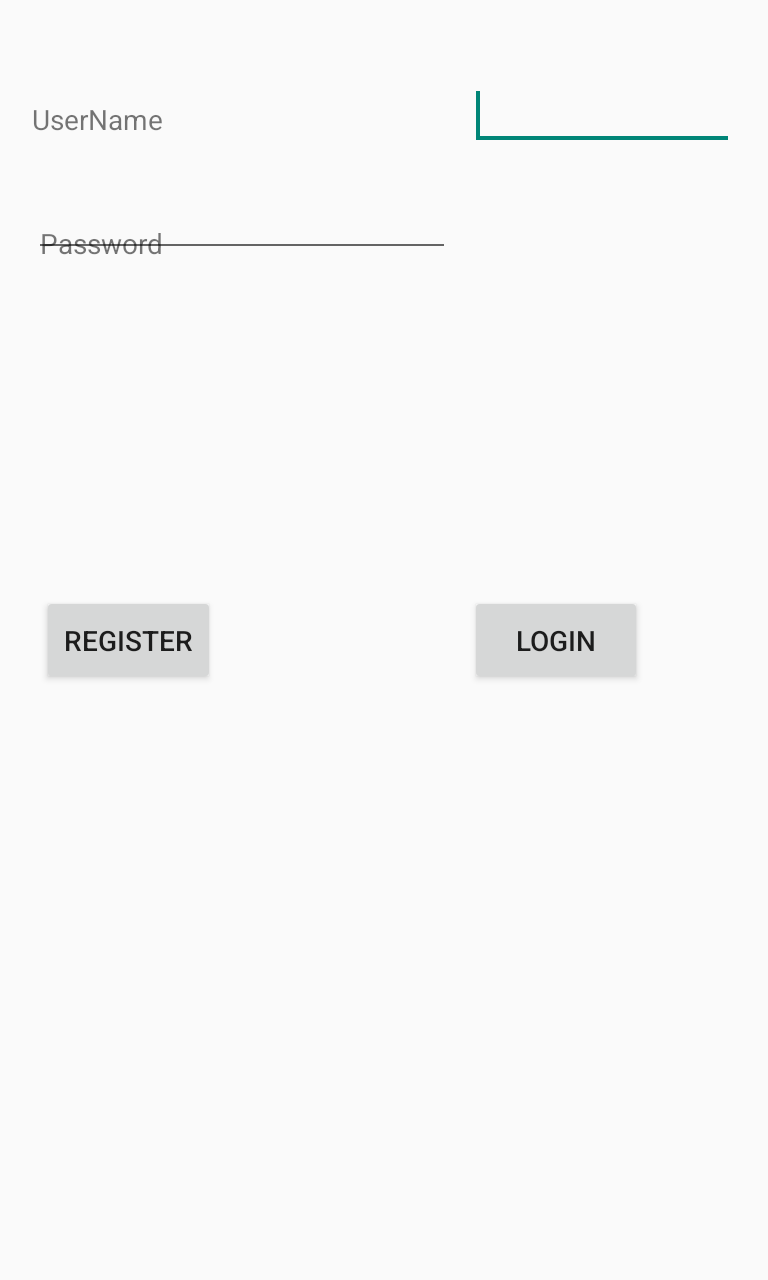
Repository: vipinvkamara/layouts
Layout: indent/res/layout/activity_login.xml
The author's editor kept a copy of each file at every save. The layout is drawn from the files as they stood at one save, then again after the next save.
It is drawn on a 768 x 1280 px phone screen (xhdpi) without system bars, with theme AppTheme; the app's code is not run.

Above is the layout before, as saved 2014-12-16 19:24:38.

After the next save:
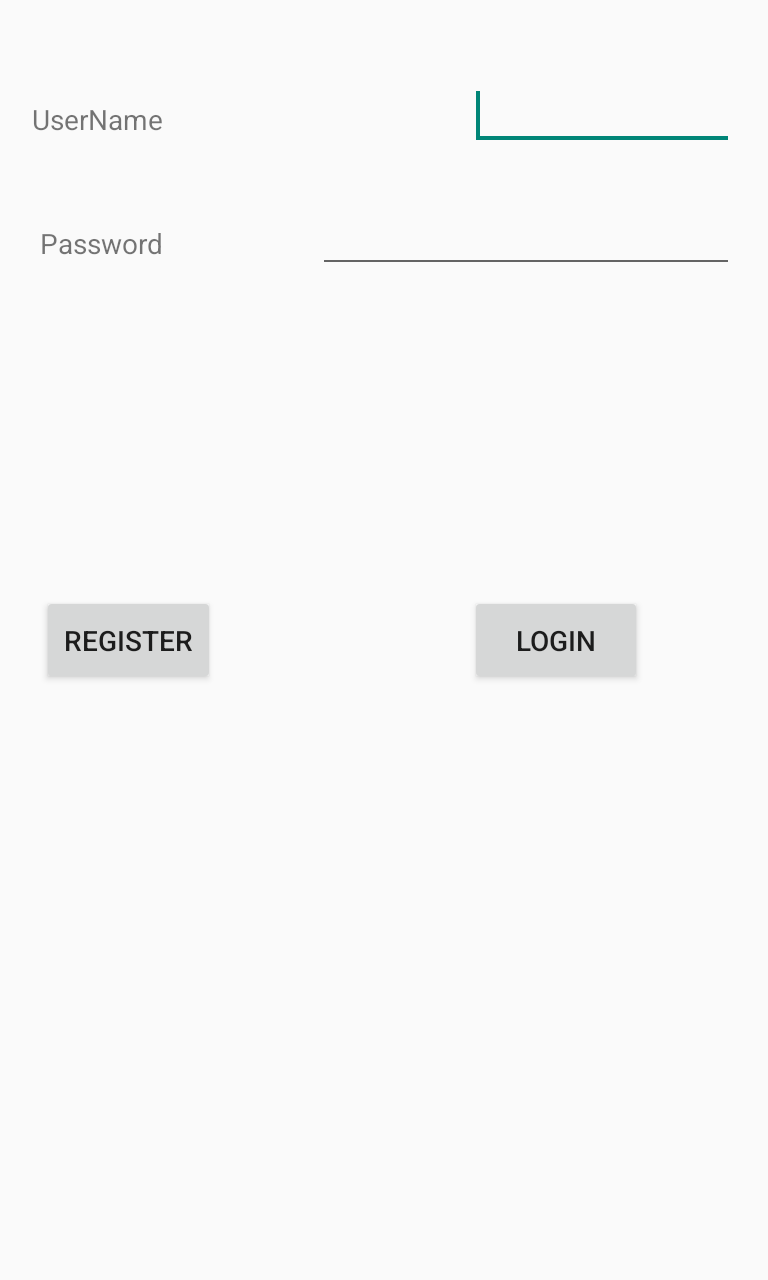
Saved 16 s later.
--- a/indent/res/layout/activity_login.xml
+++ b/indent/res/layout/activity_login.xml
@@ -38,15 +38,6 @@
         <requestFocus />
     </EditText>
 
-    <EditText
-        android:id="@+id/activity_login_edtTxt_password"
-        android:layout_width="wrap_content"
-        android:layout_height="wrap_content"
-        android:layout_alignBottom="@+id/textView2"
-        android:layout_alignLeft="@+id/editText1"
-        android:ems="10"
-        android:inputType="textPassword" />
-
     <Button
         android:id="@+id/button2"
         android:layout_width="wrap_content"
@@ -66,4 +57,14 @@
         android:onClick="loginButtonClicked"
         android:text="LogIn" />
 
+    <EditText
+        android:id="@+id/activity_login_edtTxt_password"
+        android:layout_width="wrap_content"
+        android:layout_height="wrap_content"
+        android:layout_alignBaseline="@+id/textView2"
+        android:layout_alignBottom="@+id/textView2"
+        android:layout_alignParentRight="true"
+        android:ems="10"
+        android:inputType="textPassword" />
+
 </RelativeLayout>
